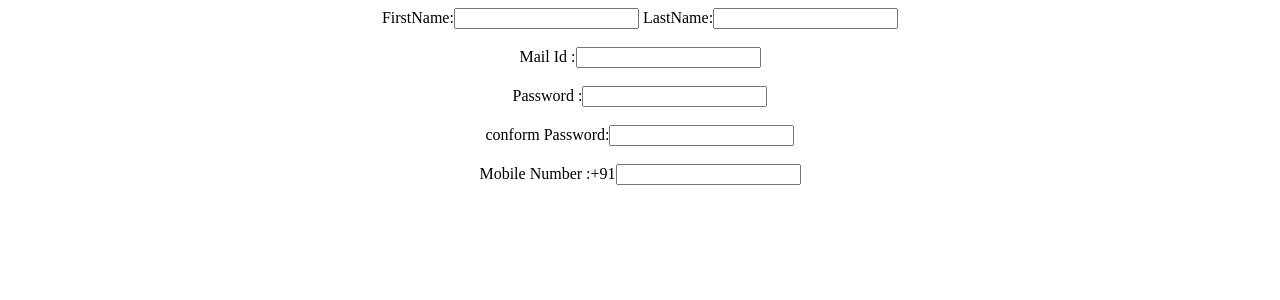
Repository: AbubakarShaik/Java_J2EE_Project
Page: http://localhost/com.testprojectServlet/Registration.jsp
An editor plug-in stored every save of this project. The page is shown before and after the next save, followed by the edit.
The browser window is 1280 px wide. The pictures show the whole page.
The page is served by Tomcat 9.

Above is the page before, as saved 2016-12-19 16:40:48.

After the next save:
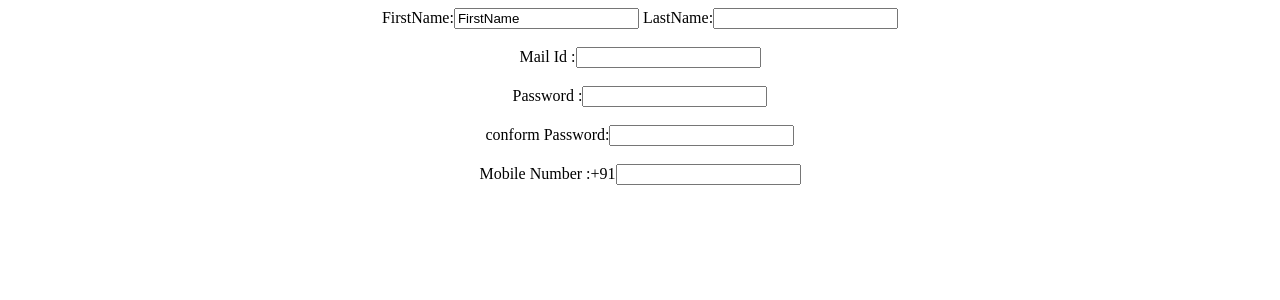
Saved 3 min 50 s later.
--- a/com.testprojectServlet/WebContent/Registration.jsp
+++ b/com.testprojectServlet/WebContent/Registration.jsp
@@ -9,7 +9,7 @@
 <body>
 
 <center>
-FirstName:<input type="text" name="firstname" name="Last name"> LastName:<input type="text" name="Lastname">
+FirstName:<input type="text" name="firstname" value="FirstName" name="Last name"> LastName:<input type="text" name="Lastname">
 <br>
 
 <br>

After the save that followed:
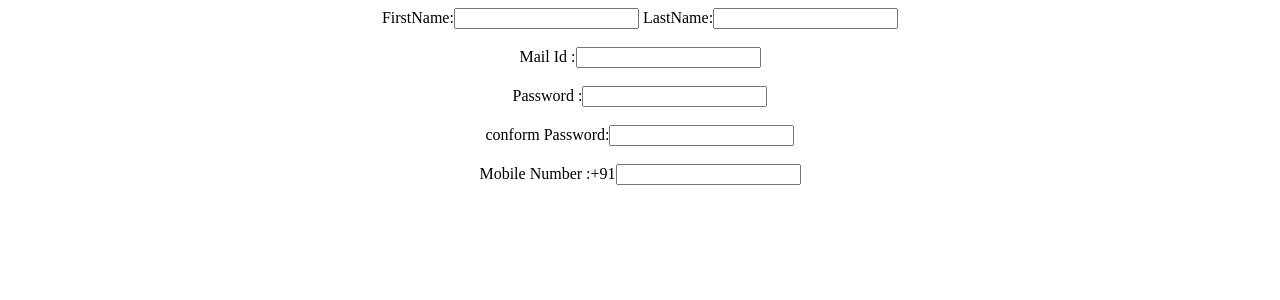
Saved 6 min 42 s later.
--- a/com.testprojectServlet/WebContent/Registration.jsp
+++ b/com.testprojectServlet/WebContent/Registration.jsp
@@ -9,7 +9,7 @@
 <body>
 
 <center>
-FirstName:<input type="text" name="firstname" value="FirstName" name="Last name"> LastName:<input type="text" name="Lastname">
+FirstName:<input type="text" name="firstname" plaseholder="FirstName" name="Last name"> LastName:<input type="text" name="Lastname">
 <br>
 
 <br>
